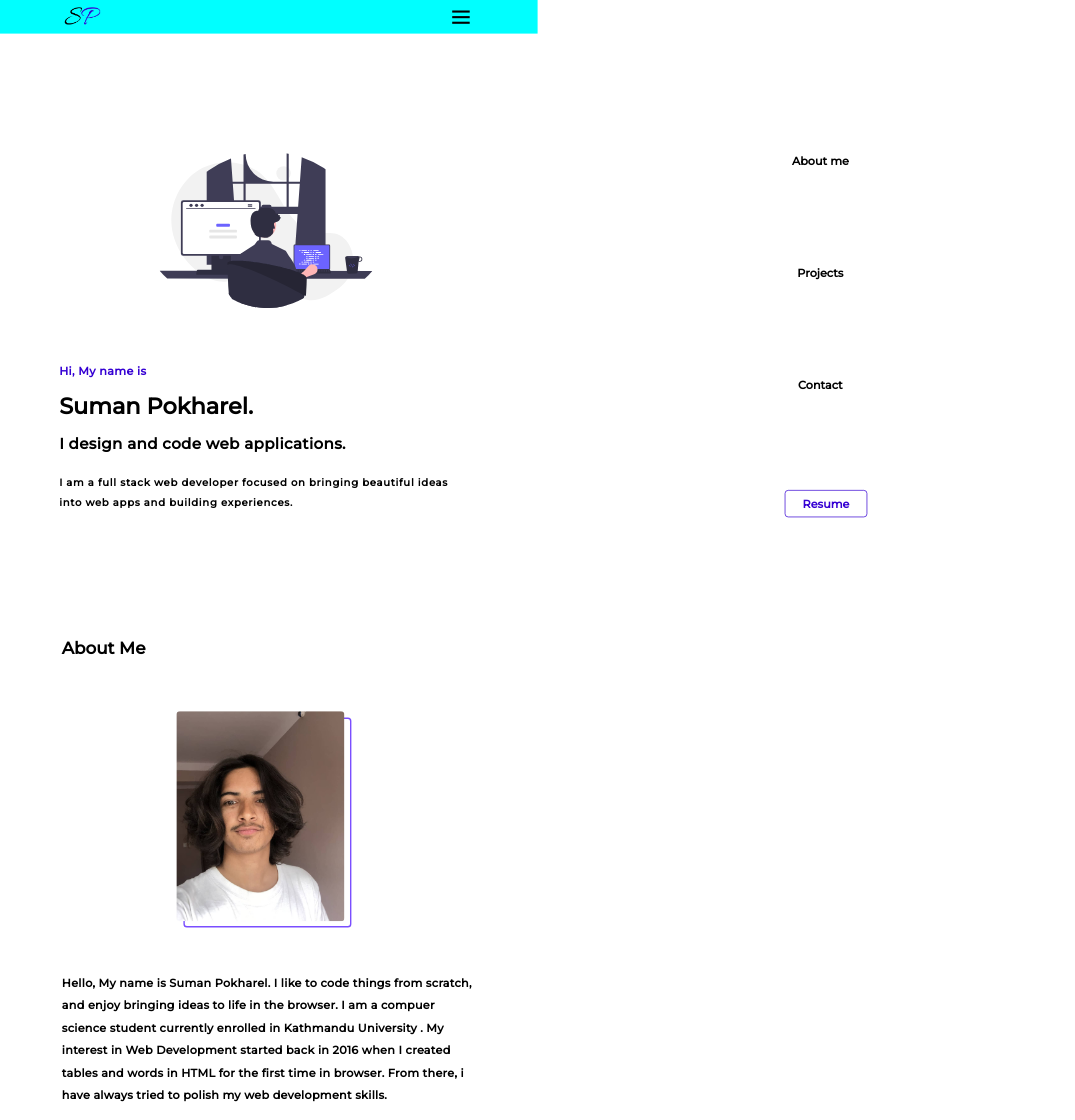
Repository: iamsumanp/portfolio
Page: /
These files come from the project's save history. The page is drawn as it stood at one moment and after a run of saves; the edit follows.
The browser window is 768 px wide. The page is 1536 px wide, so the pictures cover 1536 px, including what lies to the right of the window. The pictures show the part of the page from y = 0 to 1600 px (the page is 5921 px tall before and 5905 px after), at 70% of full size.
The project was rebuilt for these pictures with package versions that can differ from the ones it lists, and the page was loaded fresh each time.

Above is the page before, as saved 2022-07-11 16:01:04.

### public/index.html
<!DOCTYPE html>
<html lang="en">
  <head>
    <meta charset="utf-8" />
    <link rel="icon" href="%PUBLIC_URL%/favicon.ico" />
    <meta name="viewport" content="width=device-width, minimum-scale=1" />
    <meta name="theme-color" content="#000000" />
    <meta name="portfolio" content="mePortfolio" />
    <!-- <link rel="apple-touch-ion" href="%PUBLIC_URL%/logo192.png" /> -->

    <link rel="manifest" href="%PUBLIC_URL%/manifest.json" />
    <link rel="preconnect" href="https://fonts.googleapis.com" />
    <link rel="preconnect" href="https://fonts.gstatic.com" crossorigin />
    <link
      href="https://fonts.googleapis.com/css2?family=Montserrat:wght@500&display=swap"
      rel="stylesheet"
    />
    <title>Suman Pokharel</title>
  </head>
  <body>
    <div id="root"></div>
  </body>
</html>

### src/App.tsx
import "./App.css";
import { BrowserRouter as Router } from "react-router-dom";
import { NavBar } from "./Components/NavBar";
import "./styles/styles.css";
import { Hero } from "./Components/Hero";
import { AboutMe } from "./Components/AboutMe";
import { Projects } from "./Components/Projects";
import { Contact } from "./Components/Contact";
import { Footer } from "./Components/Footer";

function App() {
  return (
    <Router>
      <NavBar />
      <Hero />
      <AboutMe />
      <Projects />
      <Contact />
      <hr />
      <Footer />
    </Router>
  );
}

export default App;

### src/Components/NavBar.tsx
import { gsap } from "gsap";
import React, { useEffect, useRef, useState } from "react";
import { HashLink } from "react-router-hash-link";
const myLogo = require("../assets/logo.png");

export const NavBar = () => {
  const [active, setActive] = useState(false);

  const navRef = useRef<HTMLDivElement>(null);

  const q = gsap.utils.selector(navRef);

  const tl0: gsap.TimelineVars | undefined = useRef(null); // gsap.TimelineVars | undefined
  // const tl10: gsap.TimelineVars | undefined = useRef(null); // gsap.TimelineVars | undefined

  // const imgRef = useRef(null);

  const burgerClick = () => {
    setActive(!active);
  };

  useEffect(() => {
    // if (active === false) {
    //   tl10.current = gsap.timeline({ defaults: { duration: 1 } }).fromTo(
    //     q(".navUl"),
    //     {
    //       y: 5,
    //       opacity: 0,
    //     },
    //     {
    //       y: 0,
    //       opacity: 1,
    //       stagger: {
    //         each: 1,
    //       },
    //     }
    //   );
    // }

    tl0.current = gsap.timeline({ defaults: { duration: 1 } }).fromTo(
      q(".logoImg"),
      {
        opacity: 0,
      },
      {
        opacity: 1,
      }
    );
  });

  return (
    <nav className="navBar" ref={navRef}>
      <HashLink to="#heroSection" className="linkHash" smooth>
        <img
          src={myLogo}
          alt="SP"
          className="logoImg"
          onClick={active ? burgerClick : undefined}
          // ref={imgRef}
        />
      </HashLink>

      <ul className={active ? "navUl nav-active" : "navUl"}>
        <li className="navLinks" onClick={active ? burgerClick : undefined}>
          <HashLink to="#aboutMe" className="linkHash" smooth>
            About me
          </HashLink>
        </li>
        <li className="navLinks" onClick={active ? burgerClick : undefined}>
          <HashLink to="#projectSection" className="linkHash" smooth>
            Projects
          </HashLink>
        </li>
        <li className="navLinks" onClick={active ? burgerClick : undefined}>
          <HashLink to="#contact" className="linkHash" smooth>
            Contact
          </HashLink>
        </li>
        <li className="navLinks resume">Resume</li>
      </ul>
      <div className="burgerMenu" onClick={() => burgerClick()}>
        <div className={active ? "line1 toggle" : "line1"}></div>
        <div className={active ? "line2 toggle2" : "line2"}></div>
        <div className={active ? "line3 toggle3" : "line3"}></div>
      </div>
    </nav>
  );
};

### src/styles/styles.css
:root {
  --main-purple: #3500d3;
  --main-white: rgb(255, 255, 255);
  --main-black: #000000;
  --main-purple-secondary: #7a4eff;
}

* {
  box-sizing: border-box;
  font-family: "Montserrat", sans-serif;
}

body {
  margin: 0;
  padding: 0;
}
@media (max-width: 900px) {
  body {
    overflow-x: hidden;
  }
}

.navBar {
  display: flex;
  flex-direction: row;
  justify-content: space-between;
  align-items: center;
  min-height: 3rem;
  font-weight: bolder;
  padding: 0.2% 12.5%;
  background-color: aqua;
}
@media (max-width: 1100px) {
  .navBar {
    margin-bottom: 5rem;
    overflow-x: hidden;
    padding: 0.2% 12%;
  }
}
.navBar .logoImg {
  height: 25px;
}
.navBar .navUl {
  list-style: none;
  display: flex;
  flex-direction: row;
}
@media (max-width: 900px) {
  .navBar .navUl {
    position: absolute;
    right: 0;
    top: 8vh;
    height: 100vh;
    background-color: var(--main-white);
    flex-direction: column;
    width: 100%;
    z-index: 1;
    justify-content: space-evenly;
    transform: translateX(100%);
    transition: transform 0.4s ease-in;
  }
}
.navBar .nav-active {
  transform: translateX(0%);
}
.navBar .burgerMenu {
  display: none;
}
@media (max-width: 900px) {
  .navBar .burgerMenu {
    display: block;
    cursor: pointer;
  }
}
.navBar .burgerMenu .toggle {
  transform: rotate(-45deg) translate(-5px, 6px);
}
.navBar .burgerMenu .toggle2 {
  opacity: 0;
}
.navBar .burgerMenu .toggle3 {
  transform: rotate(45deg) translate(-5px, -6px);
}
.navBar .burgerMenu div {
  width: 25px;
  height: 3px;
  background-color: var(--main-black);
  transition: transform 0.4s ease;
  margin: 5px;
}
.navBar .navLinks {
  padding: 0 30px;
  cursor: pointer;
  align-self: center;
  text-decoration: none;
}
.navBar .navLinks.resume {
  border: solid 1px var(--main-purple);
  color: var(--main-purple);
  padding: 9px 25px;
  border-radius: 5px;
  margin-left: 1rem;
}
.navBar .navLinks .linkHash {
  text-decoration: none;
  color: black;
}

.heroSection,
.aboutMeSection,
.projectsSection,
.ContactSection {
  width: 80%;
  margin: auto;
}

.heroSection {
  overflow-x: hidden;
  height: 90vh;
  display: flex;
  flex-direction: row;
  align-items: center;
  padding: 0 2% 0 5%;
}
@media (max-width: 1100px) {
  .heroSection {
    flex-direction: column-reverse;
    justify-content: center;
    align-items: center;
    padding: 0 2% 0 1%;
  }
}
.heroSection .content {
  display: flex;
  flex-direction: column;
}
@media (max-width: 1100px) {
  .heroSection .content {
    margin-top: 5rem;
  }
}
.heroSection .content .h4text {
  color: var(--main-purple);
}
.heroSection .content .h1text {
  margin-top: 0;
  font-size: 2.5rem;
}
@media (max-width: 800px) {
  .heroSection .content .h1text {
    font-size: 2rem;
  }
}
.heroSection .content .h4text,
.heroSection .content .h2text {
  letter-spacing: 0.5px;
  margin-top: 0;
}
.heroSection .content .h2text {
  font-size: 1.8rem;
}
@media (max-width: 800px) {
  .heroSection .content .h2text {
    font-size: 1.35rem;
  }
}
.heroSection .content .h5text {
  width: 55%;
  line-height: 2;
  letter-spacing: 1px;
  margin-top: 10px;
  font-size: 0.9rem;
}
@media (max-width: 800px) {
  .heroSection .content .h5text {
    width: 100%;
  }
}
.heroSection .svgImgg {
  margin-left: auto;
  width: 22rem;
}
@media (max-width: 1100px) {
  .heroSection .svgImgg {
    margin-left: 0;
  }
}
@media (max-width: 800px) {
  .heroSection .svgImgg {
    width: 19rem;
  }
}

.aboutMeSection {
  display: flex;
  flex-direction: column;
  justify-content: center;
  padding: 7% 2% 10% 5%;
}
@media (max-width: 1100px) {
  .aboutMeSection {
    padding: 7rem 2% 10% 1.5%;
  }
}
.aboutMeSection .contentAndImage {
  display: flex;
  flex-direction: row;
}
@media (max-width: 1100px) {
  .aboutMeSection .contentAndImage {
    flex-direction: column-reverse;
    margin-top: 2rem;
  }
}
.aboutMeSection .h2textabout {
  margin-top: -3rem;
}
.aboutMeSection .aboutMeContent {
  display: flex;
  flex-direction: column;
  width: 60%;
}
@media (max-width: 1100px) {
  .aboutMeSection .aboutMeContent {
    width: 100%;
  }
}
.aboutMeSection .imgContainer {
  margin-left: auto;
  margin-top: 2rem;
  position: relative;
  height: 350px;
  width: 280px;
  border: solid 2px var(--main-purple-secondary);
  border-radius: 5px;
}
@media (max-width: 1100px) {
  .aboutMeSection .imgContainer {
    margin-left: 0;
    align-self: center;
    margin-bottom: 2rem;
  }
}
@media (max-width: 800px) {
  .aboutMeSection .imgContainer {
    height: 300px;
    width: 240px;
  }
}
.aboutMeSection .imgContainer .imgProfile {
  height: 350px;
  position: absolute;
  right: 8px;
  top: -11px;
  border-radius: 5px;
}
@media (max-width: 800px) {
  .aboutMeSection .imgContainer .imgProfile {
    height: 300px;
  }
}
.aboutMeSection .spanText {
  font-weight: bold;
  margin-top: 2rem;
  line-height: 2;
  letter-spacing: 0.4px;
}
.aboutMeSection .spanText.tech {
  margin-top: 5rem;
}
.aboutMeSection .backEndFrontEndContainer {
  display: flex;
  flex-direction: row;
  margin-top: 4rem;
  justify-content: space-between;
}
@media (max-width: 1100px) {
  .aboutMeSection .backEndFrontEndContainer {
    flex-direction: column;
  }
}
.aboutMeSection .backEndFrontEndContainer .frontEndBox {
  box-shadow: 0 4px 8px 0 rgba(0, 0, 0, 0.2), 0 6px 20px 0 rgba(0, 0, 0, 0.19);
  padding: 2rem 2.5rem;
  display: flex;
  flex-direction: column;
  border-radius: 5px;
}
@media (max-width: 1100px) {
  .aboutMeSection .backEndFrontEndContainer .frontEndBox {
    padding: 1rem;
    margin-bottom: 3rem;
  }
}
.aboutMeSection .backEndFrontEndContainer .frontEndBox .spanTitle {
  align-self: center;
  text-transform: uppercase;
  font-weight: bold;
}

.frontEndTools,
.backEndBox {
  display: flex;
  flex-direction: row;
  margin-top: 1rem;
}
.frontEndTools .fnTools2,
.backEndBox .fnTools2 {
  margin-left: 3rem;
}
@media (max-width: 900px) {
  .frontEndTools .fnTools2,
.backEndBox .fnTools2 {
    margin-left: 0.1rem;
  }
}
.frontEndTools .fnTool,
.backEndBox .fnTool {
  display: flex;
  align-items: center;
  margin: 1.5rem 0.5rem;
}
.frontEndTools .fnTool .triangleRight,
.backEndBox .fnTool .triangleRight {
  color: var(--main-purple);
}

.techName {
  margin-left: 0.8rem;
  text-transform: uppercase;
  font-size: 15px;
}
@media (max-width: 900px) {
  .techName {
    font-size: 11px;
    margin-left: 0.2rem;
  }
}

.projectsSection {
  padding: 5% 2% 0 5%;
  display: flex;
  flex-direction: column;
}
@media (max-width: 1100px) {
  .projectsSection {
    padding: 7rem 2% 10% 1.5%;
  }
}
.projectsSection .Project1Container,
.projectsSection .Project3Container {
  display: flex;
  flex-direction: column;
}
.projectsSection .nameLabelLine {
  margin: 2rem 0;
  display: flex;
  flex-direction: row;
  align-items: center;
}
.projectsSection .nameLabelLine .vl {
  border-bottom: 1px solid gray;
  margin-top: 5px;
  height: inherit;
  width: 35%;
}
@media (max-width: 1100px) {
  .projectsSection .nameLabelLine .vl {
    width: 50%;
  }
}
.projectsSection .h2textabout {
  margin-top: -3rem;
}
.projectsSection .projectContentAndImage {
  display: flex;
  flex-direction: row;
  justify-content: space-between;
}
@media (max-width: 1100px) {
  .projectsSection .projectContentAndImage {
    flex-direction: column-reverse;
  }
}
.projectsSection .projectContentAndImage .hirestationImg {
  height: 15rem;
  border-radius: 5px;
  margin-left: auto;
}
@media (max-width: 1100px) {
  .projectsSection .projectContentAndImage .hirestationImg {
    margin-left: 0;
    align-self: center;
    margin: 2rem 0 4rem 0;
  }
}
@media (max-width: 800px) {
  .projectsSection .projectContentAndImage .hirestationImg {
    height: 10rem;
  }
}
.projectsSection .linksContainer {
  display: flex;
  align-items: center;
  margin: 2rem 0;
}

.projContent {
  width: 50%;
  line-height: 1.5;
  letter-spacing: 0.5px;
}
@media (max-width: 1100px) {
  .projContent {
    width: 100%;
  }
}

.projectLabel {
  font-weight: bold;
  margin-right: 1rem;
}

.Project2Container {
  display: flex;
  flex-direction: column;
  margin-top: 5rem;
  margin-bottom: 7.5rem;
}
.Project2Container .nameLabelLine2 {
  margin: 2rem 0;
  display: flex;
  flex-direction: row;
  justify-content: end;
}
.Project2Container .nameLabelLine2 .vl {
  border-bottom: 1px solid gray;
  margin-bottom: 5px;
  width: 35%;
  margin-right: 1rem;
}
@media (max-width: 1100px) {
  .Project2Container .nameLabelLine2 .vl {
    width: 50%;
  }
}
@media (max-width: 800px) {
  .Project2Container .nameLabelLine2 .vl {
    width: 40%;
  }
}

.projectContentAndImage1 {
  display: flex;
  flex-direction: row;
  justify-content: space-between;
}
@media (max-width: 1100px) {
  .projectContentAndImage1 {
    flex-direction: column;
  }
}
.projectContentAndImage1 .baathcheethImg {
  height: 15rem;
  border-radius: 5px;
  margin-right: auto;
  padding-right: 2rem;
}
@media (max-width: 1100px) {
  .projectContentAndImage1 .baathcheethImg {
    margin-right: 0;
    align-self: center;
    margin: 2rem 0 4rem 0;
  }
}
@media (max-width: 800px) {
  .projectContentAndImage1 .baathcheethImg {
    height: 10rem;
  }
}

.ContactSection {
  padding: 5% 2% 10% 5%;
  display: flex;
  flex-direction: column;
}
@media (max-width: 1100px) {
  .ContactSection {
    padding: 5rem 2% 10% 1.5%;
  }
}
.ContactSection .formContainer {
  margin-top: 2rem;
}
.ContactSection .nameAndEmailSection {
  display: flex;
  flex-direction: row;
  justify-content: space-between;
}
@media (max-width: 900px) {
  .ContactSection .nameAndEmailSection {
    flex-direction: column;
    width: 100%;
  }
}
.ContactSection .nameAndEmailSection .nameContainer {
  display: flex;
  flex-direction: column;
  width: 90%;
}
@media (max-width: 900px) {
  .ContactSection .nameAndEmailSection .nameContainer {
    width: 100%;
  }
}
.ContactSection .nameAndEmailSection .emailContainer {
  display: flex;
  flex-direction: column;
  width: 90%;
  margin-left: 5rem;
}
@media (max-width: 900px) {
  .ContactSection .nameAndEmailSection .emailContainer {
    margin-left: 0;
    margin-top: 3rem;
    width: 100%;
  }
}
.ContactSection .nameAndEmailSection .inputForm {
  box-shadow: 0 4px 8px 0 rgba(0, 0, 0, 0.2), 0 6px 20px 0 rgba(0, 0, 0, 0.19);
  padding: 0.6rem 0.4rem;
  width: 100%;
  border-width: 1px;
  outline: none;
}
.ContactSection .label {
  margin-bottom: 2rem;
  font-weight: bold;
}
.ContactSection .MessageContainer {
  display: flex;
  flex-direction: column;
  margin-top: 4rem;
}
.ContactSection .MessageContainer #messageArea {
  width: 46.5%;
  box-shadow: 0 4px 8px 0 rgba(0, 0, 0, 0.2), 0 6px 20px 0 rgba(0, 0, 0, 0.19);
  height: 7rem;
  resize: none;
  outline: none;
  padding: 0.5rem 0.4rem;
}
@media (max-width: 900px) {
  .ContactSection .MessageContainer #messageArea {
    width: 100%;
  }
}
.ContactSection .submitBtn {
  background-color: var(--main-purple-secondary);
  border: none;
  color: var(--main-white);
  padding: 0.8rem;
  margin-top: 4rem;
  width: 10rem;
  border-radius: 3px;
  cursor: pointer;
}
@media (max-width: 900px) {
  .ContactSection .submitBtn {
    width: 100%;
  }
}

.footerSection {
  width: 80%;
  margin: auto;
  padding: 3% 2% 4% 1.5%;
}
.footerSection .footerContainer {
  display: flex;
  flex-direction: column;
}
@media (max-width: 900px) {
  .footerSection .footerContainer {
    align-items: center;
  }
}
.footerSection .socialMediaAndQuote {
  display: flex;
  justify-content: space-between;
  align-items: center;
  margin-bottom: 1rem;
}
@media (max-width: 900px) {
  .footerSection .socialMediaAndQuote {
    flex-direction: column;
  }
}
.footerSection .socialMediaAndQuote .icons {
  margin-left: 1rem;
}
@media (max-width: 900px) {
  .footerSection .socialMediaAndQuote .socialMedia {
    margin: 2rem 0;
  }
}

@media (max-width: 800px) {
  .spSpan {
    text-align: center;
  }
}/*# sourceMappingURL=styles_20220711160104.css.map */

### src/Components/Hero.tsx
import gsap from "gsap";
import { useEffect, useRef } from "react";
import SvgImg from "./IconComponent/SvgImg";

export const Hero = () => {
  const heroRef = useRef<HTMLDivElement>(null);
  const tl1: gsap.TimelineVars | undefined = useRef();
  const q = gsap.utils.selector(heroRef);
  useEffect(() => {
    tl1.current = gsap
      .timeline({
        defaults: {
          duration: 1,
        },
      })
      .fromTo(
        q(".content"),
        {
          y: 20,
          opacity: 0,
          // stagger: 0.4,
        },
        {
          y: 0,
          opacity: 1,
        }
      )
      .fromTo(
        q(".svgImgg"),
        { x: 20, opacity: 0 },
        { x: 0, opacity: 1 },
        "-=1"
      );
  });
  return (
    <div className="heroSection" id="heroSection" ref={heroRef}>
      <div className="content">
        <h4 className="h4text">Hi, My name is</h4>
        <h1 className="h1text">Suman Pokharel.</h1>
        <h2 className="h2text">I design and code web applications.</h2>
        <h5 className="h5text">
          I am a full stack web developer focused on bringing beautiful ideas
          into web apps and building experiences.
        </h5>
      </div>
      {/* <div className="svgImgg"> */}
      <SvgImg height={221} className="svgImgg" />
      {/* </div> */}
    </div>
  );
};

### src/Components/Contact.tsx
import gsap from "gsap";
import { ScrollTrigger } from "gsap/ScrollTrigger";
import { useEffect, useRef, useState } from "react";
gsap.registerPlugin(ScrollTrigger);

export const Contact = () => {
  const contactRef = useRef<HTMLDivElement>(null);
  const tline: gsap.TimelineVars | undefined = useRef();

  const q = gsap.utils.selector(contactRef);
  const [name, setName] = useState("");
  const [email, setEmail] = useState("");
  const [message, setMessage] = useState("");

  const submitHandler: React.FormEventHandler<HTMLFormElement> = (
    e: React.FormEvent<HTMLFormElement>
  ) => {
    e.preventDefault();

    setName("");
    setEmail("");
    setMessage("");
  };

  useEffect(() => {
    tline.current = gsap
      .timeline({
        defaults: { duration: 1 },
        scrollTrigger: {
          trigger: ".ContactSection",
          start: "-40 center",
          // toggleActions: "play none none reverse",
        },
      })
      .fromTo(
        q(".h2textabout"),
        { y: 10, opacity: 0 },
        {
          y: 0,
          opacity: 1,
          // duration: 2,
        }
      )
      .fromTo(
        q(".formContainer"),
        { y: 20, opacity: 0 },
        {
          y: 0,
          opacity: 1,
          // duration: 2,
        },
        "-=1"
      );
  });
  return (
    <div className="ContactSection" id="contact" ref={contactRef}>
      <h2 className="h2textabout">Interested In working together?</h2>
      <form className="formContainer" onSubmit={submitHandler}>
        <div className="nameAndEmailSection">
          <div className="nameContainer">
            <label htmlFor="Name" className="label">
              Name :
            </label>
            <input
              type="text"
              value={name}
              className="inputForm"
              onChange={(e) => setName(e.target.value)}
            />
          </div>
          <div className="emailContainer">
            <label htmlFor="Email" className="label">
              Email :
            </label>
            <input
              type="email"
              value={email}
              className="inputForm"
              onChange={(e) => setEmail(e.target.value)}
            />
          </div>
        </div>
        <div className="MessageContainer">
          <label htmlFor="Message" className="label">
            Message(optional) :
          </label>
          <textarea
            name="message"
            id="messageArea"
            // cols=30
            // rows=10
            value={message}
            onChange={(e) => setMessage(e.target.value)}
          ></textarea>
        </div>
        <button className="submitBtn" type="submit">
          SUBMIT
        </button>
      </form>
    </div>
  );
};

### src/Components/Footer.tsx
import React from "react";
import { AiFillGithub, AiFillTwitterCircle } from "react-icons/ai";
import { BsLinkedin, BsFacebook } from "react-icons/bs";

export const Footer = () => {
  return (
    <div className="footerSection">
      <div className="footerContainer">
        <div className="socialMediaAndQuote">
          <span>Designed And Built By Suman Pokhrel</span>
          <div className="socialMedia">
            <a
              href="https://www.linkedin.com/in/suman-pokharel-2a4b61206/"
              target="_blank"
              rel="noreferrer"
            >
              <BsLinkedin size={30} className="icons" fill="#2867B2" />
            </a>

            <a
              href="https://www.facebook.com/summan.pokharel/"
              target="_blank"
              rel="noreferrer"
            >
              <BsFacebook size={30} className="icons" fill="	#4267B2" />
            </a>
            <a
              href="https://github.com/iamsumanp"
              target="_blank"
              rel="noreferrer"
              style={{ color: "black" }}
            >
              <AiFillGithub size={34} className="icons" />
            </a>
            <a
              href="https://twitter.com/Itsmesuman2"
              target="_blank"
              rel="noreferrer"
            >
              <AiFillTwitterCircle size={35} className="icons" fill="#00acee" />
            </a>
          </div>
        </div>
        <span className="spSpan">&copy; 2022 - Suman</span>
      </div>
    </div>
  );
};

Loaded but not shown: src/index.tsx (common file); src/Components/IconComponent/SvgImg.tsx (791 lines, source omitted); src/Components/Projects.tsx (280 lines, source omitted); src/Components/AboutMe.tsx (185 lines, source omitted); src/App.css (no stored copy; drawn as an empty file)

After the next 2 saves:
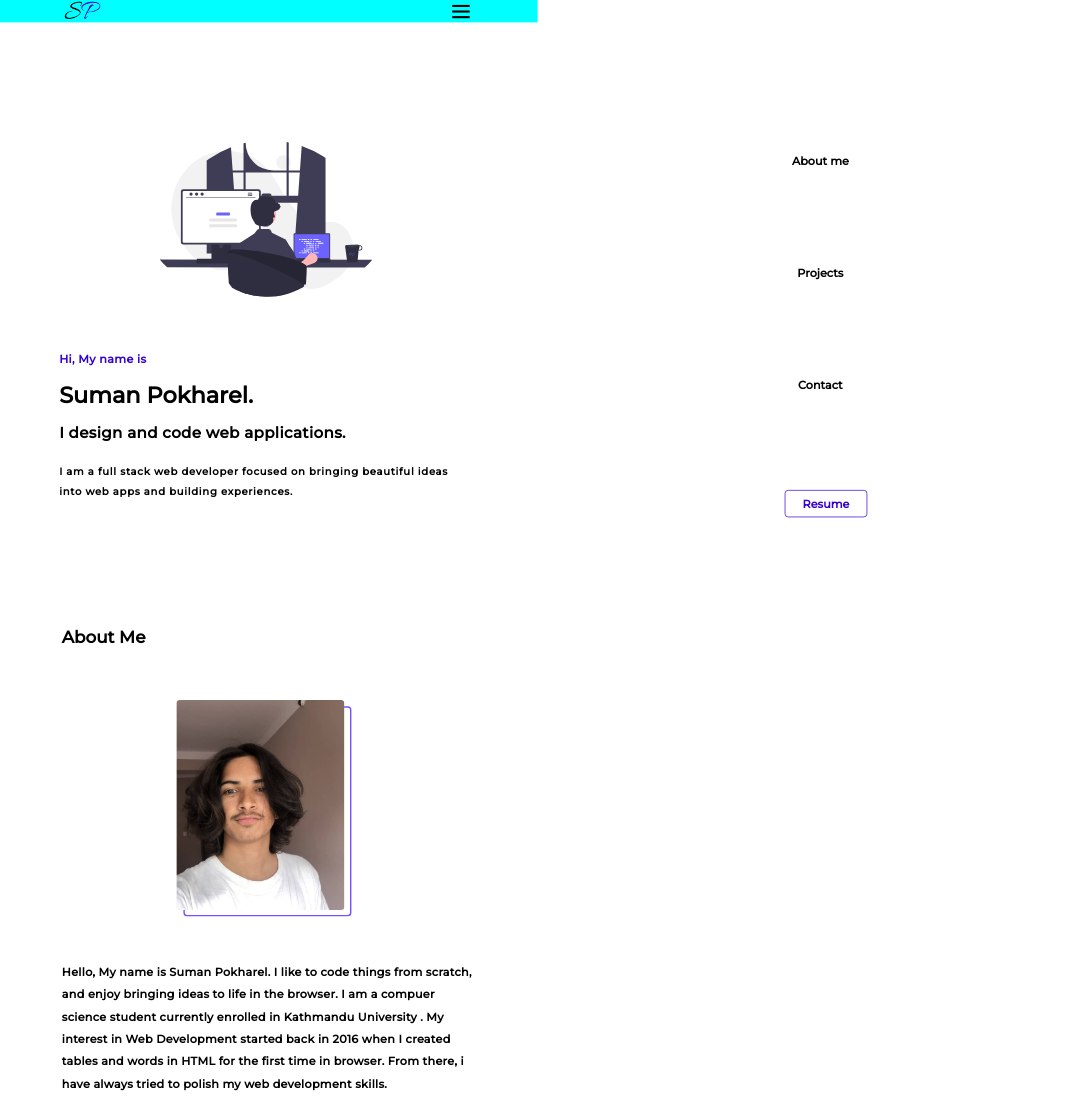
The 2 saves are shown as one change because they came seconds apart.
The last was saved 6 s later.
--- a/src/styles/styles.css
+++ b/src/styles/styles.css
@@ -25,7 +25,7 @@ body {
   flex-direction: row;
   justify-content: space-between;
   align-items: center;
-  min-height: 3rem;
+  min-height: 2rem;
   font-weight: bolder;
   padding: 0.2% 12.5%;
   background-color: aqua;
@@ -609,4 +609,4 @@ body {
   .spSpan {
     text-align: center;
   }
-}/*# sourceMappingURL=styles_20220711160104.css.map */
+}/*# sourceMappingURL=styles_20220711160110.css.map */
